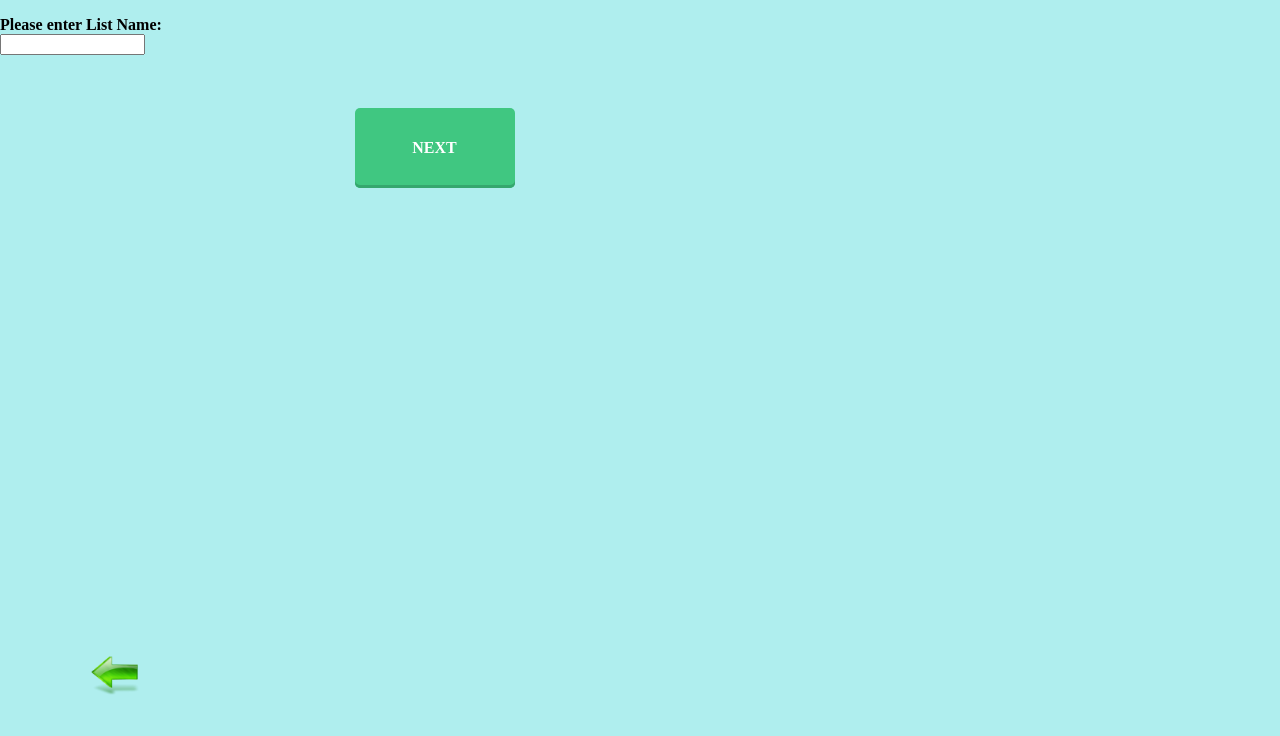
Repository: Artem-Brunov/msu_prac
Page: workspace/BasicUI/NewWithoutTr.html
These files come from the project's save history. The page is drawn as it stood at one moment and after the next save; the edit follows.
The browser window is 1280 px wide. The pictures show the whole page.

Above is the page before, as saved 2017-12-26 19:03:13.

After the next save:
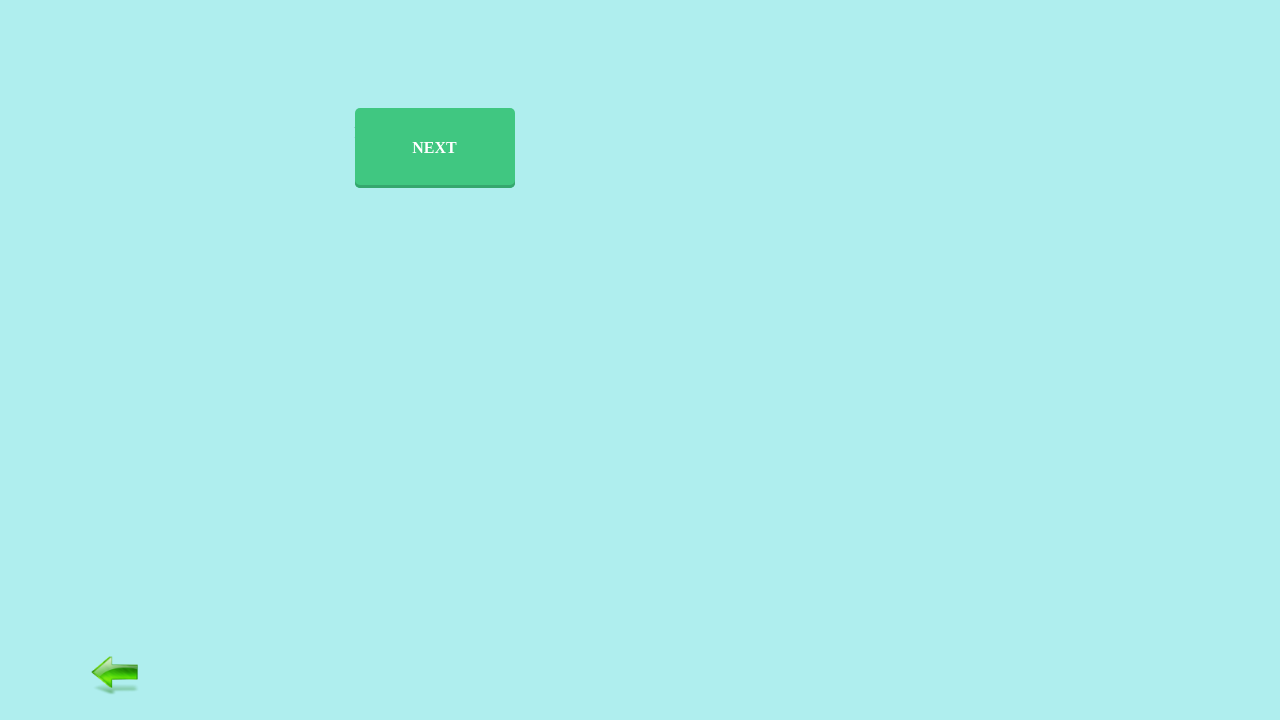
Saved 2 s later.
--- a/workspace/BasicUI/NewWithoutTr.html
+++ b/workspace/BasicUI/NewWithoutTr.html
@@ -10,11 +10,12 @@
     <link rel="stylesheet" type="text/css" href="css/style.css" />
 </head>
 <body>
+<div class = "listn">
 	<form name="test">
   		<p><b>Please enter List Name:</b><br>
    			<input type="text" size="15">
   		</p>
-
+ </div>
 
  	</form>
 
